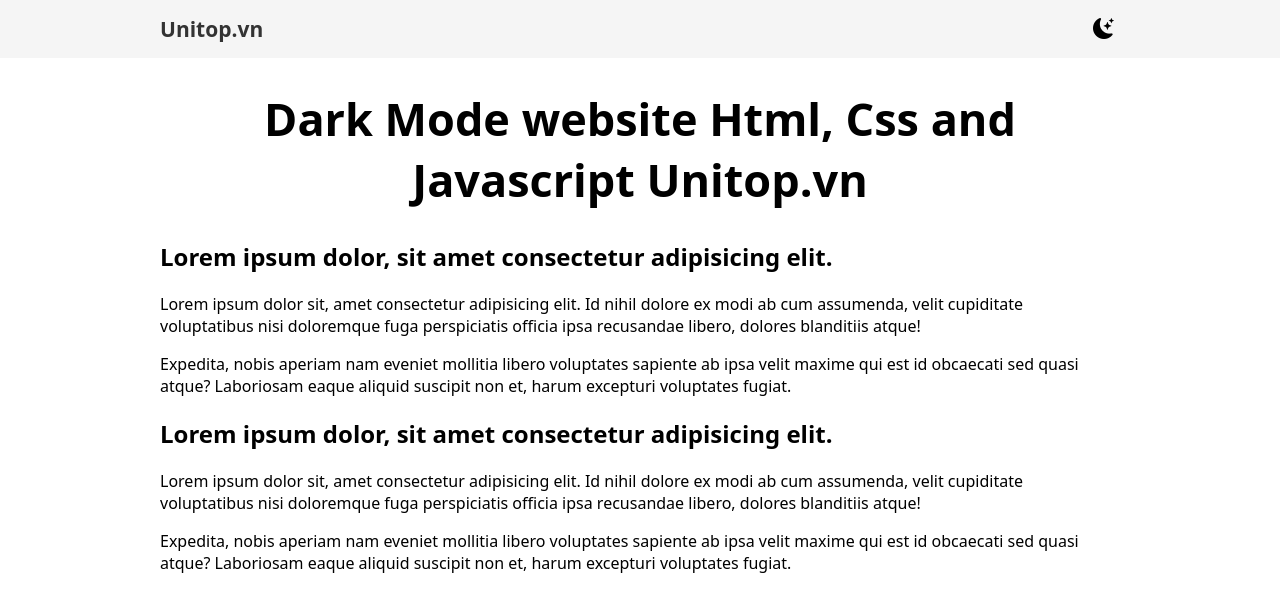
Repository: ducdatit2002/dark-mode-demo
Page: index.html
An editor plug-in stored every save of this project. The page is shown before and after the next save, followed by the edit.
The browser window is 1280 px wide. The pictures show the whole page.

Above is the page before, as saved 2023-08-22 16:51:32.

### index.html
<!DOCTYPE html>
<html lang="en">
<head>
   <meta charset="UTF-8">
   <meta http-equiv="X-UA-Compatible" content="IE=edge">
   <meta name="viewport" content="width=device-width, initial-scale=1.0">
   <title>Dark Mode</title>
</head>
<body class="">
   <style>
      @import url("https://cdn.jsdelivr.net/npm/bootstrap-icons@1.10.3/font/bootstrap-icons.css");
      body{
         margin: 0;
         font-family: system-ui, -apple-system, BlinkMacSystemFont, 'Segoe UI', Roboto, Oxygen, Ubuntu, Cantarell, 'Open Sans', 'Helvetica Neue', sans-serif;
      }
      .container{
         max-width: 960px;
         margin: 0 auto;
      }
      .d-flex{
         display: flex;
      }
      .justify-content-between{
         justify-content: space-between;
      }
      .align-items-center{
         align-items: center;
      }
      #header{
         background: #f5f5f5;
         padding: 15px 0px;
      }
      #header #logo{
         color: #333;
         text-decoration: none;
         font-size: 21px;
         font-weight: 600;
      }
      #header #switch-mode{
         outline: none;
         border: none;
         background: none;
         cursor: pointer;
      }
      #header #switch-mode i{
         font-size: 21px;
      }
      #content h1{
         text-align: center;
         font-size: 45px;
      }
      /* // Css Dark mode */
      body.dark{
         background: #000;
         color: #fff;
      }
      body.dark #header{
         background: #3f3e3e;
      }
      body.dark #header #logo{
         color: #fff;
      }
      body.dark #header #switch-mode{
         color: #fff;
      }
   </style>
   <div id="wrapper">
      <div id="header">
         <div class="container d-flex justify-content-between align-items-center">
            <a href="" id="logo">Unitop.vn</a>
            <button id="switch-mode">
               <i class="bi bi-moon-stars-fill"></i>
            </button>
         </div>
      </div>
      <div id="content" class="container">
         <h1>Dark Mode website Html, Css and Javascript Unitop.vn</h1>
         <h2>Lorem ipsum dolor, sit amet consectetur adipisicing elit.</h2>
         <p>Lorem ipsum dolor sit, amet consectetur adipisicing elit. Id nihil dolore ex modi ab cum assumenda, velit cupiditate voluptatibus nisi doloremque fuga perspiciatis officia ipsa recusandae libero, dolores blanditiis atque!</p>
         <p>Expedita, nobis aperiam nam eveniet mollitia libero voluptates sapiente ab ipsa velit maxime qui est id obcaecati sed quasi atque? Laboriosam eaque aliquid suscipit non et, harum excepturi voluptates fugiat.</p>
         <h2>Lorem ipsum dolor, sit amet consectetur adipisicing elit.</h2>
         <p>Lorem ipsum dolor sit, amet consectetur adipisicing elit. Id nihil dolore ex modi ab cum assumenda, velit cupiditate voluptatibus nisi doloremque fuga perspiciatis officia ipsa recusandae libero, dolores blanditiis atque!</p>
         <p>Expedita, nobis aperiam nam eveniet mollitia libero voluptates sapiente ab ipsa velit maxime qui est id obcaecati sed quasi atque? Laboriosam eaque aliquid suscipit non et, harum excepturi voluptates fugiat.</p>
      </div>
   </div>

</body>
<script>
   const body = document.body;
   const switch_mode = document.querySelector('#switch-mode i');
   // Load mode
   let mode = localStorage.getItem('darkmode');
   if(mode=='true'){
      body.classList.add('dark');
      switch_mode.className = "bi bi-brightness-high-fill";
   }
   switch_mode.addEventListener('click', () =>{
      switch_mode.classList.toggle('bi-moon-stars-fill');
      switch_mode.classList.toggle('bi-brightness-high-fill');
      let mode = body.classList.toggle('dark');
      // save mode
      localStorage.setItem('darkmode', mode);
   });
</script>
</html>

### index.css
 @import url("https://cdn.jsdelivr.net/npm/bootstrap-icons@1.10.3/font/bootstrap-icons.css");
      body{
         margin: 0;
         font-family: system-ui, -apple-system, BlinkMacSystemFont, 'Segoe UI', Roboto, Oxygen, Ubuntu, Cantarell, 'Open Sans', 'Helvetica Neue', sans-serif;
      }
      .container{
         max-width: 960px;
         margin: 0 auto;
      }
      .d-flex{
         display: flex;
      }
      .justify-content-between{
         justify-content: space-between;
      }
      .align-items-center{
         align-items: center;
      }
      #header{
         background: #f5f5f5;
         padding: 15px 0px;
      }
      #header #logo{
         color: #333;
         text-decoration: none;
         font-size: 21px;
         font-weight: 600;
      }
      #header #switch-mode{
         outline: none;
         border: none;
         background: none;
         cursor: pointer;
      }
      #header #switch-mode i{
         font-size: 21px;
      }
      #content h1{
         text-align: center;
         font-size: 45px;
      }
      /* // Css Dark mode */
      body.dark{
         background: #000;
         color: #fff;
      }
      body.dark #header{
         background: #3f3e3e;
      }
      body.dark #header #logo{
         color: #fff;
      }
      body.dark #header #switch-mode{
         color: #fff;
      }

After the next save:
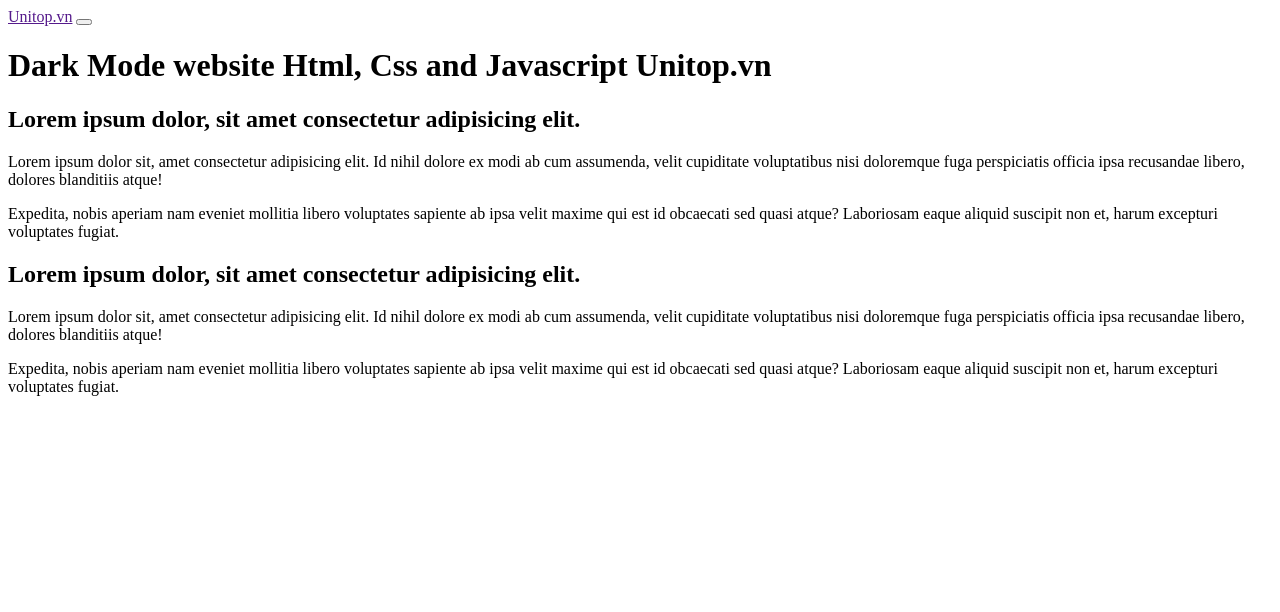
Saved 56 s later.
--- a/index.html
+++ b/index.html
@@ -8,61 +8,7 @@
 </head>
 <body class="">
    <style>
-      @import url("https://cdn.jsdelivr.net/npm/bootstrap-icons@1.10.3/font/bootstrap-icons.css");
-      body{
-         margin: 0;
-         font-family: system-ui, -apple-system, BlinkMacSystemFont, 'Segoe UI', Roboto, Oxygen, Ubuntu, Cantarell, 'Open Sans', 'Helvetica Neue', sans-serif;
-      }
-      .container{
-         max-width: 960px;
-         margin: 0 auto;
-      }
-      .d-flex{
-         display: flex;
-      }
-      .justify-content-between{
-         justify-content: space-between;
-      }
-      .align-items-center{
-         align-items: center;
-      }
-      #header{
-         background: #f5f5f5;
-         padding: 15px 0px;
-      }
-      #header #logo{
-         color: #333;
-         text-decoration: none;
-         font-size: 21px;
-         font-weight: 600;
-      }
-      #header #switch-mode{
-         outline: none;
-         border: none;
-         background: none;
-         cursor: pointer;
-      }
-      #header #switch-mode i{
-         font-size: 21px;
-      }
-      #content h1{
-         text-align: center;
-         font-size: 45px;
-      }
-      /* // Css Dark mode */
-      body.dark{
-         background: #000;
-         color: #fff;
-      }
-      body.dark #header{
-         background: #3f3e3e;
-      }
-      body.dark #header #logo{
-         color: #fff;
-      }
-      body.dark #header #switch-mode{
-         color: #fff;
-      }
+
    </style>
    <div id="wrapper">
       <div id="header">

After the 5 saves that followed:
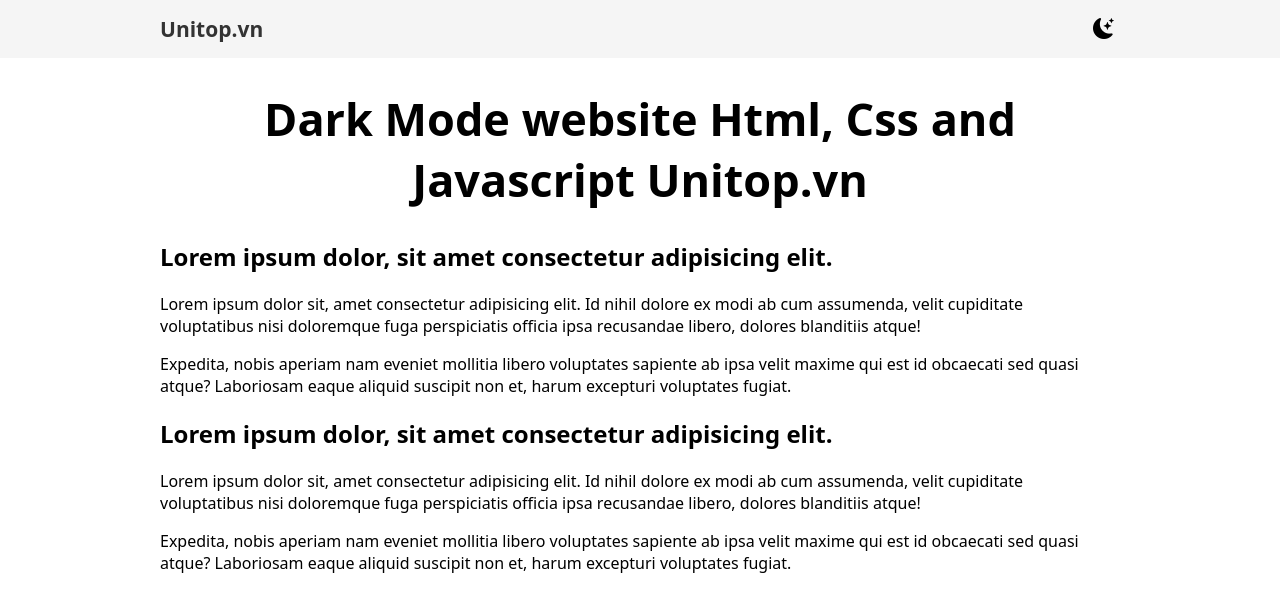
The 5 saves are shown as one change because 1 left the picture as it was and some came seconds apart.
The last was saved 15 s later.
--- a/index.html
+++ b/index.html
@@ -5,11 +5,9 @@
    <meta http-equiv="X-UA-Compatible" content="IE=edge">
    <meta name="viewport" content="width=device-width, initial-scale=1.0">
    <title>Dark Mode</title>
+   <link rel="stylesheet" href="./index.css">
 </head>
 <body class="">
-   <style>
-
-   </style>
    <div id="wrapper">
       <div id="header">
          <div class="container d-flex justify-content-between align-items-center">
